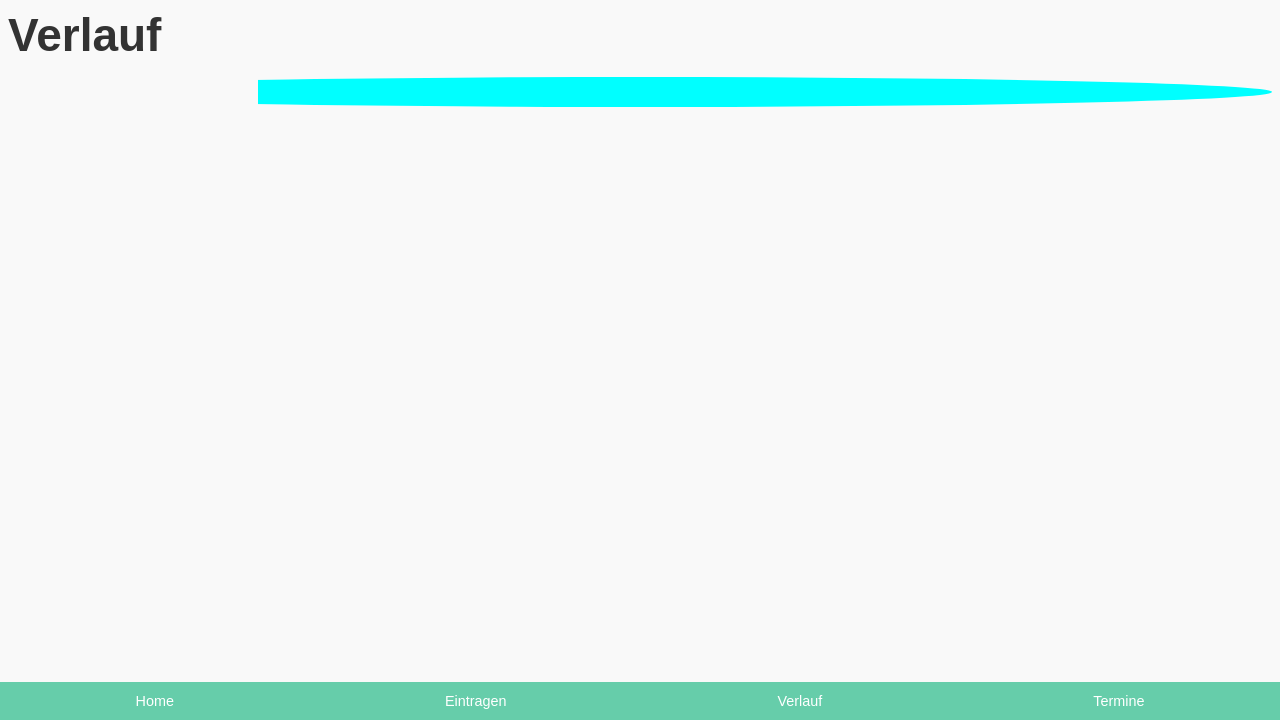
Repository: jakemoes/Pet-Tracker
Page: PWA/trend.html
These files come from the project's save history. The page is drawn as it stood at one moment and after the next save; the edit follows.
The browser window is 1280 px wide. The pictures show the whole page.

Above is the page before, as saved 2024-12-05 01:29:19.

After the next save:
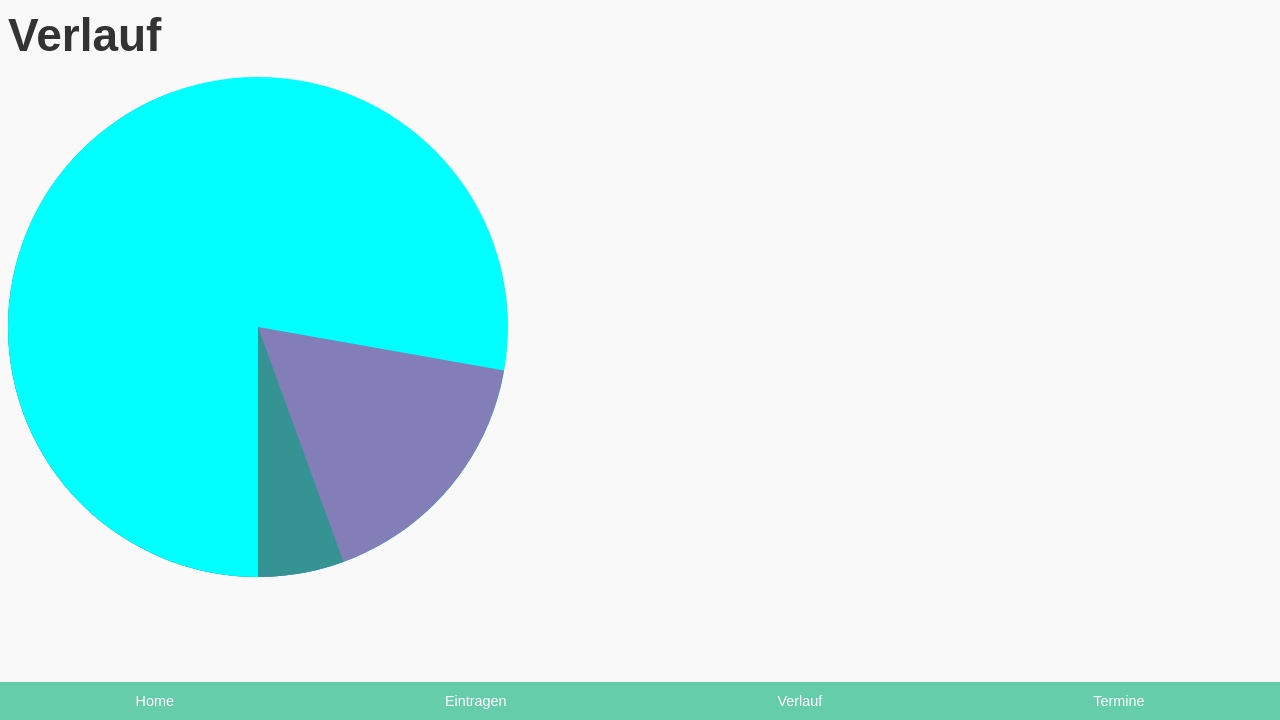
Saved 4 s later.
--- a/PWA/trend.css
+++ b/PWA/trend.css
@@ -20,7 +20,8 @@ body {
 
 .container {
     position: relative;
-    width: 100%;
+    width: 500px;
+    height: 500px;
     background-color: transparent;
     border-radius: 50%;
     overflow: hidden;
